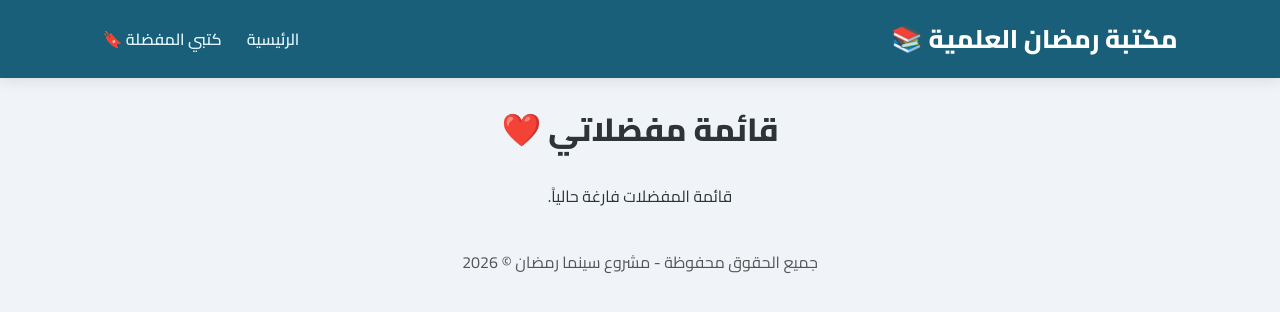
Repository: RAMADAN975/Arabic-Science-Hub
Page: /watchlist
An editor plug-in stored every save of this project. The page is shown before and after the next save, followed by the edit.
The browser window is 1280 px wide. The pictures show the whole page.
The project was rebuilt for these pictures with package versions that can differ from the ones it lists, and the page was loaded fresh each time. Also part of the build but not shown: vite.config.js, src/components/Search.jsx, src/components/MovieCard.jsx, src/components/Pages/Home.jsx, src/components/Pages/MovieDetails.jsx.

Above is the page before, as saved 2026-03-16 22:59:21.

### src/App.jsx
import React from "react";
import './App.css'
import { RouterProvider } from "react-router-dom";
import router from "../router";

// The main application component
export default function App() {
  return (
    // We return the RouterProvider which handles all the navigation
    <RouterProvider router={router} />
  )
}

### src/App.css
@import url('https://fonts.googleapis.com/css2?family=Cairo:wght@400;600;800&display=swap');

:root {
  --primary-blue: #1a5f7a;
  /* أزرق علمي رصين */
  --accent-teal: #159895;
  /* لون تفاعلي هادئ */
  --bg-light: #f0f4f8;
  /* خلفية فاتحة جداً مريحة */
  --card-white: #ffffff;
  /* بطاقات بيضاء */
  --text-main: #2d3436;
  /* نص رمادي غامق */
  --text-muted: #636e72;
}

body {
  margin: 0;
  padding: 0;
  font-family: 'Cairo', sans-serif;
  background-color: var(--bg-light);
  color: var(--text-main);
  direction: rtl;
}

/* --- الهيدر واللوجو --- */
.navbar {
  display: flex;
  justify-content: space-between;
  align-items: center;
  padding: 15px 8%;
  background-color: var(--primary-blue);
  box-shadow: 0 2px 15px rgba(0, 0, 0, 0.1);
  color: white;
}

.nav-logo a {
  color: white;
  text-decoration: none;
  font-size: 1.6rem;
  font-weight: 800;
}

.nav-links {
  display: flex;
  list-style: none;
  gap: 25px;
  margin: 0;
}

.nav-links a {
  color: #dff6ff;
  text-decoration: none;
  font-weight: 600;
  transition: 0.3s;
}

.nav-links a:hover {
  color: white;
}

/* --- شريط البحث الكبسولة --- */
.search-bar {
  display: flex;
  justify-content: center;
  margin: 40px 0;
}

.search-bar form {
  display: flex;
  background: white;
  padding: 8px;
  border-radius: 50px;
  width: 90%;
  max-width: 600px;
  box-shadow: 0 10px 25px rgba(0, 0, 0, 0.05);
  border: 1px solid #e0e0e0;
}

.search-bar input {
  flex: 1;
  border: none;
  padding: 10px 25px;
  font-size: 1.1rem;
  outline: none;
  background: transparent;
  font-family: 'Cairo';
}

.search-bar button {
  background: var(--primary-blue);
  color: white;
  border: none;
  padding: 10px 35px;
  border-radius: 40px;
  cursor: pointer;
  font-weight: bold;
  transition: 0.3s;
}

.search-bar button:hover {
  background: var(--accent-teal);
}

/* --- شبكة الكتب --- */
.movies-grid {
  display: grid;
  grid-template-columns: repeat(auto-fill, minmax(200px, 1fr));
  gap: 30px;
  padding: 20px 8%;
}

.movie-card {
  background: var(--card-white);
  border-radius: 12px;
  overflow: hidden;
  box-shadow: 0 4px 12px rgba(0, 0, 0, 0.05);
  transition: 0.3s;
  text-decoration: none;
  color: inherit;
  border: 1px solid #f0f0f0;
}

.movie-card:hover {
  transform: translateY(-8px);
  box-shadow: 0 12px 20px rgba(0, 0, 0, 0.1);
}

.movie-card img {
  width: 100%;
  height: 260px;
  object-fit: contain;
  /* لعدم قص غلاف الكتاب */
  background: #f9f9f9;
  padding: 10px;
}

.info {
  padding: 15px;
  text-align: center;
}

.info h3 {
  font-size: 0.95rem;
  margin: 0;
  color: var(--primary-blue);
}

.info p {
  color: var(--text-muted);
  font-size: 0.85rem;
  margin-top: 5px;
}

/* --- الفوتر --- */
.footer {
  text-align: center;
  padding: 40px;
  color: var(--text-muted);
  font-size: 0.9rem;
  margin-top: 50px;
  border-top: 1px solid #e0e0e0;
}

### router.jsx
import { createBrowserRouter } from "react-router-dom";
import Home from "./src/components/Pages/Home";
import Layout from "./src/components/Layout";
import Watchlist from "./src/components/Pages/Watchlist";
import MovieDetails from "./src/components/Pages/MovieDetails";

const router = createBrowserRouter([
    {
        path: "/",
        element: <Layout />,
        children: [
            {
                path: "/",
                element: <Home />,
            },
            {
                path: "/movie/:id",
                element: <MovieDetails />,
            },
            {
                path: "/Watchlist",
                element: <Watchlist />,
            },
        ]
    }
])

export default router

### src/components/Layout.jsx
import Navbar from "./Navbar";
import { Outlet } from "react-router-dom";

export default function Layout() {
    return (
        <div className="app-container">
            <Navbar />

            <main>
                <Outlet />
            </main>

            <footer style={{
                textAlign: "center",
                padding: "20px",
                color: "#555",
            }}>
                جميع الحقوق محفوظة - مشروع سينما رمضان © 2026
            </footer>
        </div>
    )
}

### src/components/Pages/Watchlist.jsx
import { useEffect, useState } from "react";
import MovieCard from "../MovieCard";

export default function Watchlist() {

    // State to store the movies we get from memory
    const [myMovies, setMyMovies] = useState([])

    // Get data from LocalStorage as soon as the page loads
    useEffect(() => {
        const data = localStorage.getItem('watchlist')
        if (data) {
            setMyMovies(JSON.parse(data))
        }
    }, [])

    return (
        <div className="watchlist-page">
            <h1 style={{ textAlign: 'center' }}>قائمة مفضلاتي ❤️</h1>

            {/* If the list is empty, show a message. Otherwise, show the grid */}
            {myMovies.length === 0 ? (
                <p style={{ textAlign: 'center' }}>قائمة المفضلات فارغة حالياً.</p>
            ) : (
                <div className="movies-grid">
                    {myMovies.map((movie) => (
                        <MovieCard
                            key={movie.imdbID}
                            movie={movie}
                            isFavorite={true}
                        />
                    ))}
                </div>
            )}
        </div>
    )
}

### src/components/Navbar.jsx
import { Link } from "react-router-dom";

export default function Navbar() {
    return (
        <nav className="navbar">
            <div className="nav-logo">
                <Link to="/">مكتبة رمضان العلمية 📚</Link>
            </div>
            <ul className="nav-links">
                <li><Link to="/">الرئيسية</Link></li>
                <li><Link to="/watchlist">كتبي المفضلة 🔖</Link></li>
            </ul>
        </nav>
    );
}

Loaded but not shown: src/main.jsx (common file)

After the next save:
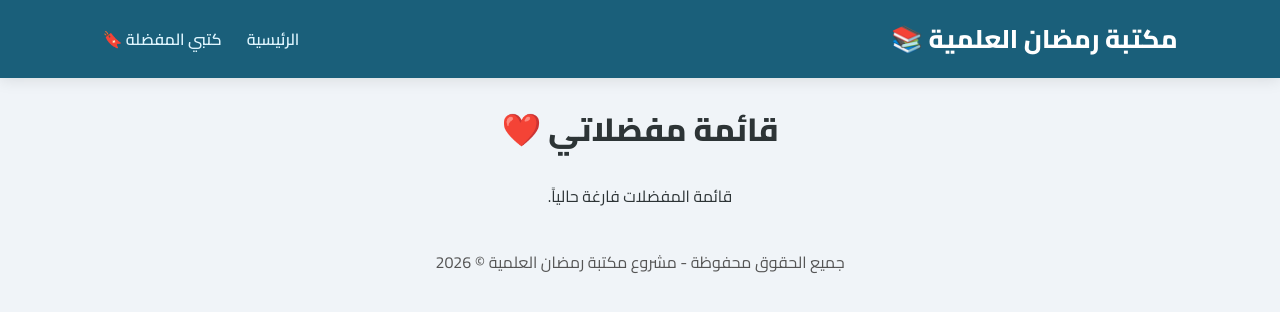
Saved 58 s later.
--- a/src/components/Layout.jsx
+++ b/src/components/Layout.jsx
@@ -15,7 +15,7 @@ export default function Layout() {
                 padding: "20px",
                 color: "#555",
             }}>
-                جميع الحقوق محفوظة - مشروع سينما رمضان © 2026
+                جميع الحقوق محفوظة - مشروع مكتبة رمضان العلمية © 2026
             </footer>
         </div>
     )
